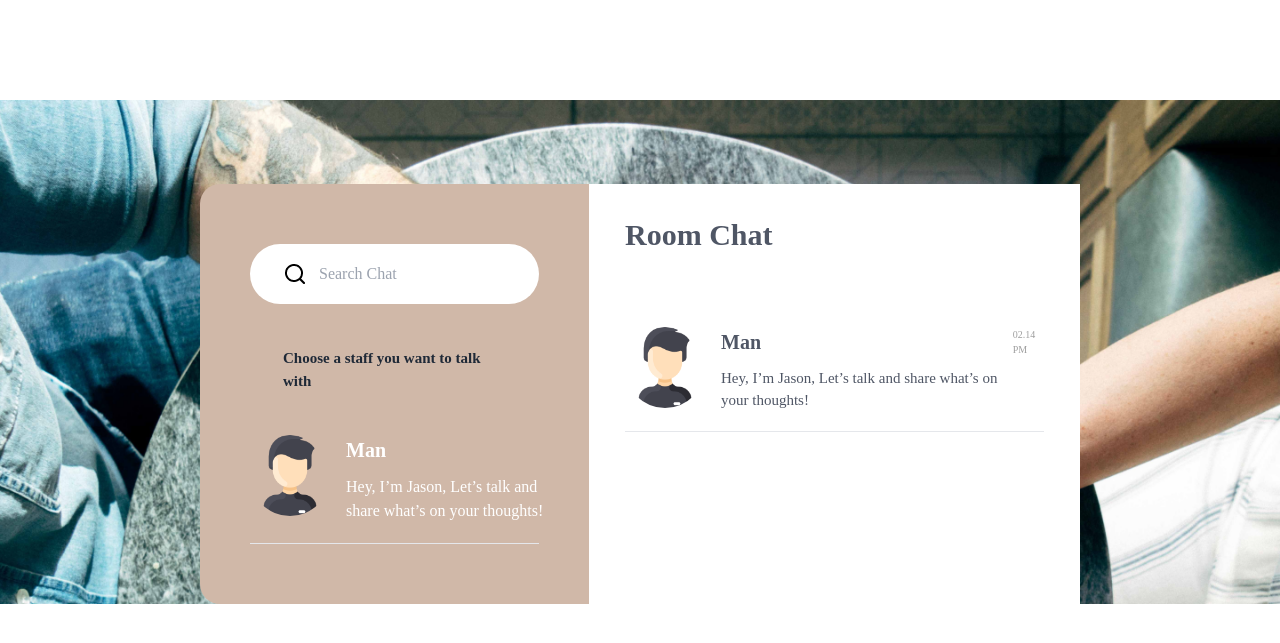
Repository: boykebn/fw12-collab2-FRONTEND
Page: /chat (app in our/)
The author's editor kept a copy of each file at every save. The page is drawn from the files as they stood at one save, then again after the next save.
The browser window is 1280 px wide. The pictures show the whole page.
The project was rebuilt for these pictures with package versions that can differ from the ones it lists, and the page was loaded fresh each time. The framework's server and built-in components were replaced by stand-ins that run in the browser. Also part of the build but not shown: our/next.config.js.

Above is the page before, as saved 2023-01-01 00:11:57.

After the next save:
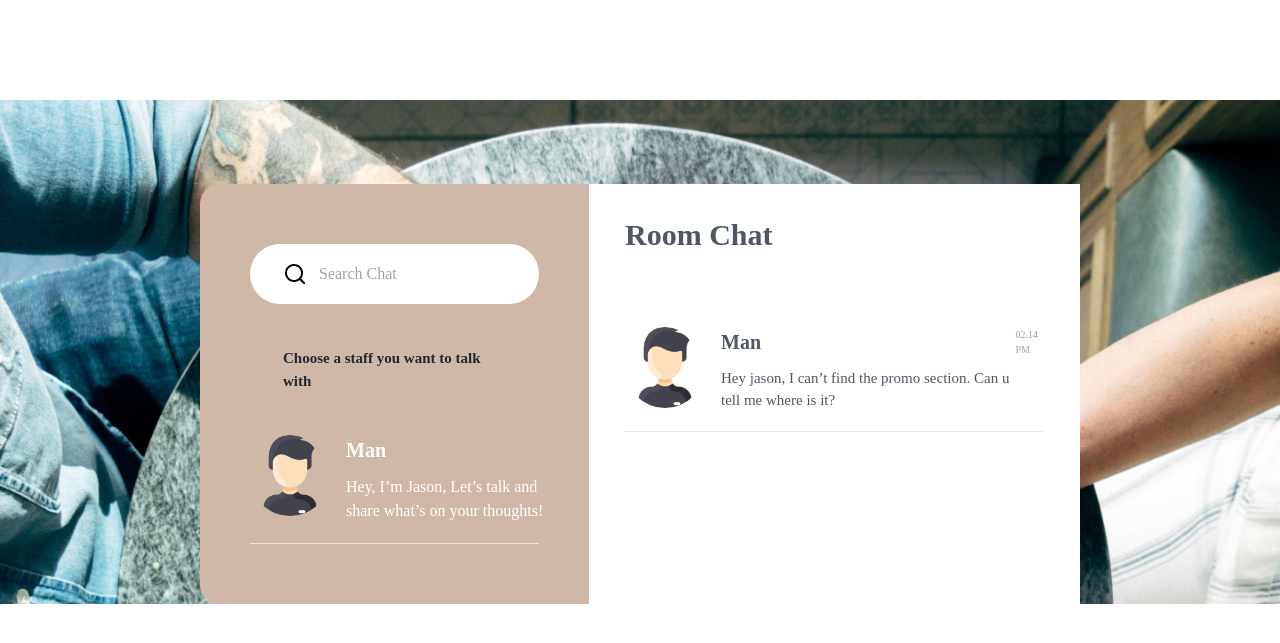
Saved 20 s later.
--- a/our/pages/chat.js
+++ b/our/pages/chat.js
@@ -47,8 +47,8 @@ const Chat = () => {
                     Man
                   </p>
                   <p className="text-[#4F5665] text-[15px] leading-[22px]">
-                    Hey, I’m Jason, Let’s talk and share what’s on your
-                    thoughts!
+                    Hey jason, I can’t find the promo section. Can u tell me
+                    where is it?
                   </p>
                 </div>
                 <span className="text-[#9F9F9F] text-[10px] leading-[15px]">
